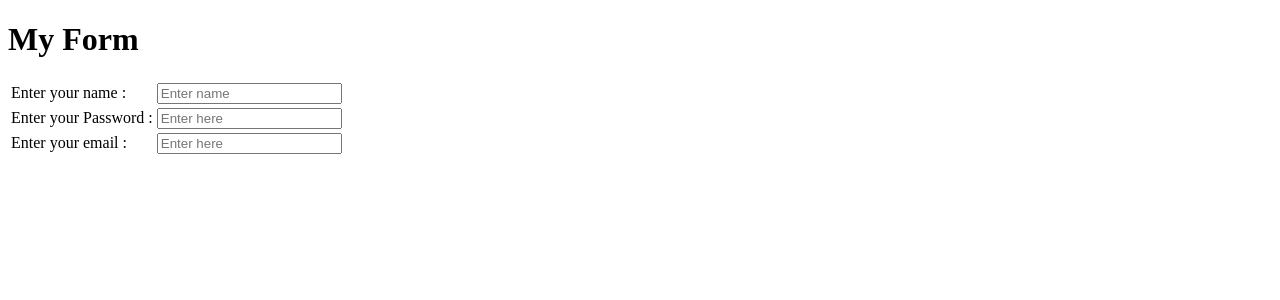
Repository: ShaileshMishr/Javanew
Page: Youtube/src/main/webapp/index.html
These files come from the project's save history. The page is drawn as it stood at one moment and after the next save; the edit follows.
The browser window is 1280 px wide. The pictures show the whole page.

Above is the page before, as saved 2023-10-10 18:40:57.

### Youtube/src/main/webapp/index.html
<!DOCTYPE html>
<html>
<head>
<meta charset="ISO-8859-1">
<title>Form Page</title>
</head>
<body>
<div class="container">
	<h1>My Form</h1>
	<form action="RegisterServlet" method="post">
		<table>
			<tr>
				<td>Enter your name :</td>
				<td><input type="text" name="user_name" placeholder="Enter name" /></td>
			</tr>
			<tr>
				<td>Enter your Password :</td>
				<td><input type="password" name="user_password" placeholder="Enter here" /></td>
			</tr>
			<tr>
				<td>Enter your email :</td>
				<td><input type="email" name="user_email" placeholder="Enter here" /></td>
			</tr>
		</table>
	</form>

</div>
</body>
</html>

After the next save:
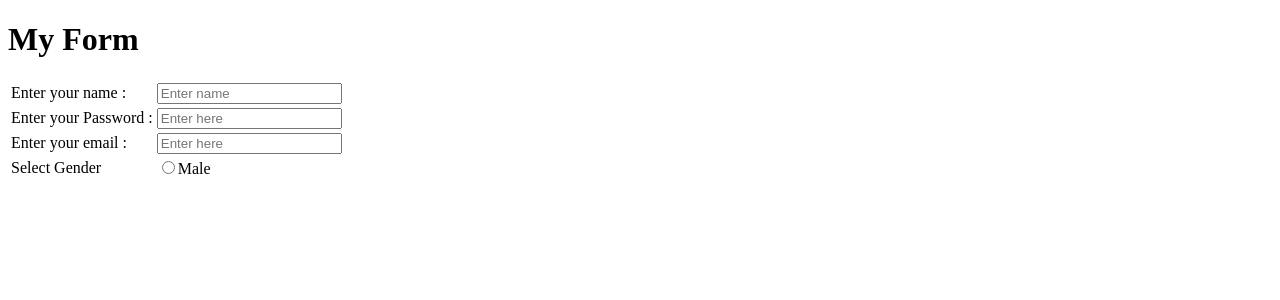
Saved 2 min 6 s later.
--- a/Youtube/src/main/webapp/index.html
+++ b/Youtube/src/main/webapp/index.html
@@ -21,6 +21,10 @@
 				<td>Enter your email :</td>
 				<td><input type="email" name="user_email" placeholder="Enter here" /></td>
 			</tr>
+			<tr>
+				<td>Select Gender</td>
+				<td><input type="radio" name="user_gender" value="male">Male</td>
+			</tr>
 		</table>
 	</form>
 
